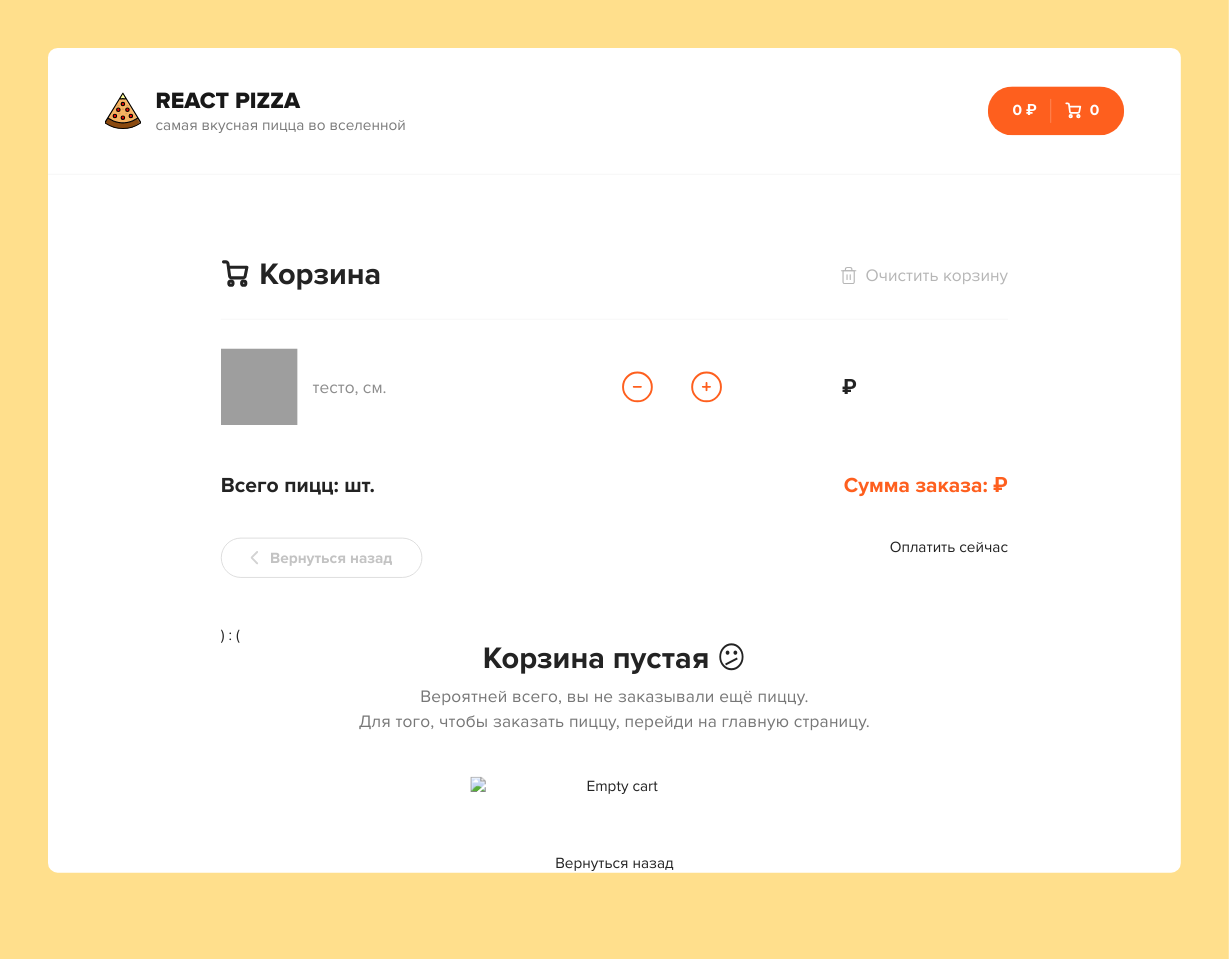
Repository: Danyil-man/online-pizzeria
Page: /cart
These files come from the project's save history. The page is drawn as it stood at one moment and after the next save; the edit follows.
The browser window is 1280 px wide. The pictures show the whole page, at 96% of full size.
Pictures or frames that could not be fetched are drawn as grey boxes. The project was rebuilt for these pictures with package versions that can differ from the ones it lists, and the page was loaded fresh each time. Also part of the build but not shown: src/components/categories/Categories.tsx, src/components/pizzaItem/index.tsx, src/components/pizzaItem/PizzaLoader.tsx, src/components/sortPopUp/Sort.tsx, src/pages/home/Home.tsx.

Above is the page before, as saved 2022-02-11 11:49:13.

After the next save:
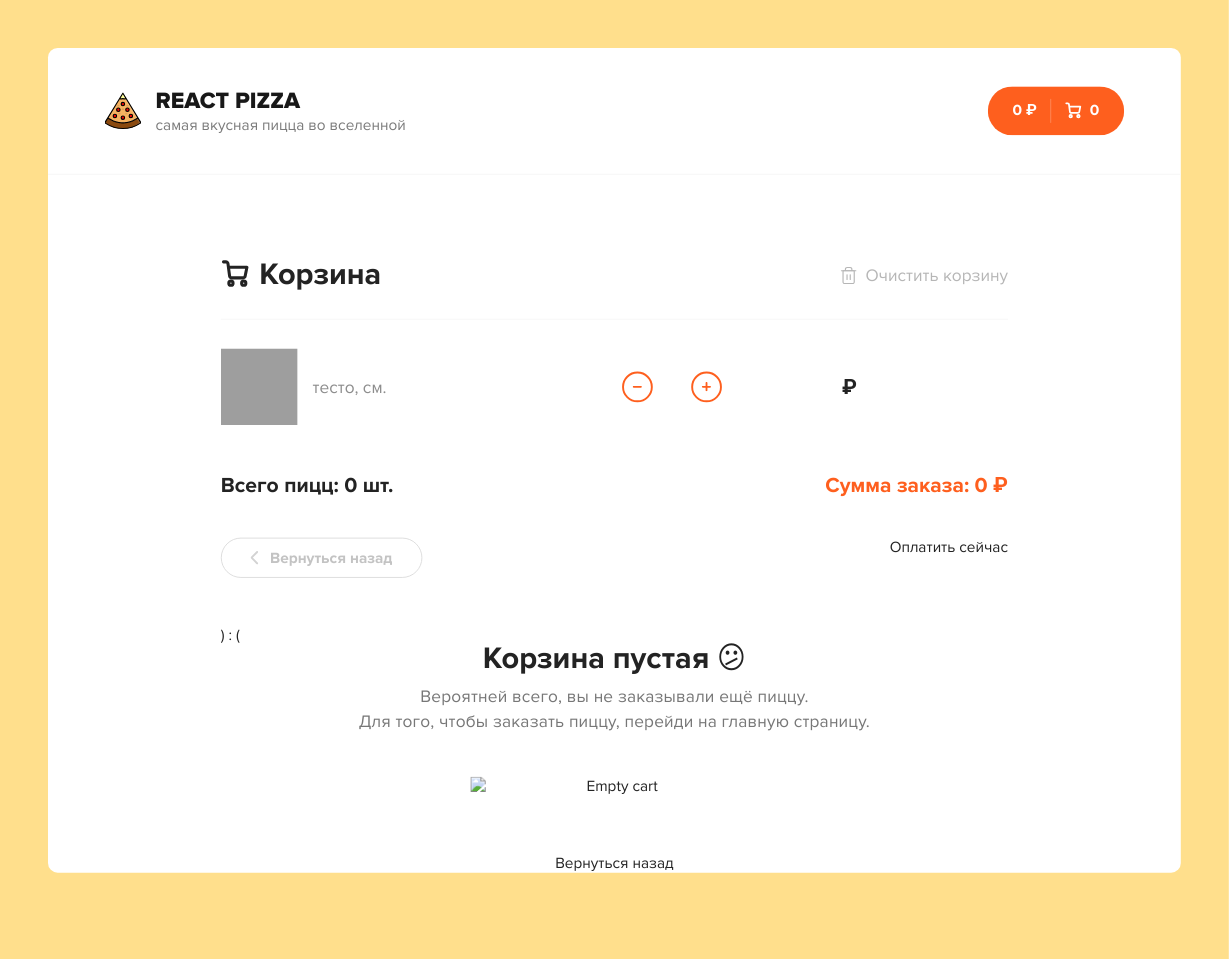
Saved 65 s later.
--- a/src/pages/cart/Cart.tsx
+++ b/src/pages/cart/Cart.tsx
@@ -88,10 +88,10 @@
                 <div className="cart__bottom">
                     <div className="cart__bottom-details">
                         <span>
-                            <b> Всего пицц: шт.</b>
+                            <b> Всего пицц: {totalCount} шт.</b>
                         </span>
                         <span>
-                            <b> Сумма заказа:  ₽</b>
+                            <b> Сумма заказа: {totalPrice}  ₽</b>
                         </span>
                     </div>
                     <div className="cart__bottom-buttons">
